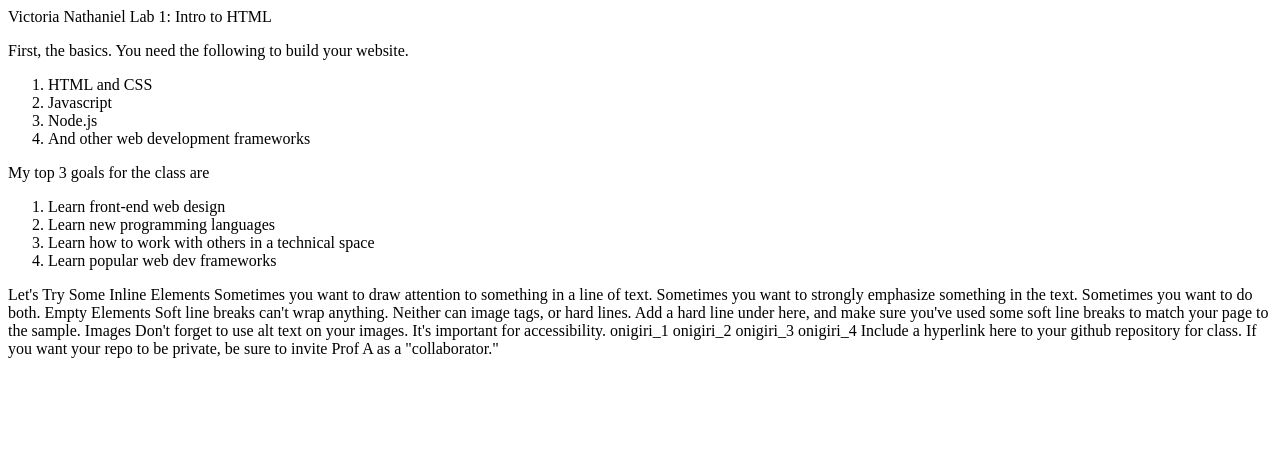
Repository: vnath22/INST377-Lab-Work
Page: client/lab_1/index.html
These files come from the project's save history. The page is drawn as it stood at one moment and after the next save; the edit follows.
The browser window is 1280 px wide. The pictures show the whole page.

Above is the page before, as saved 2022-01-27 14:06:28.

After the next save:
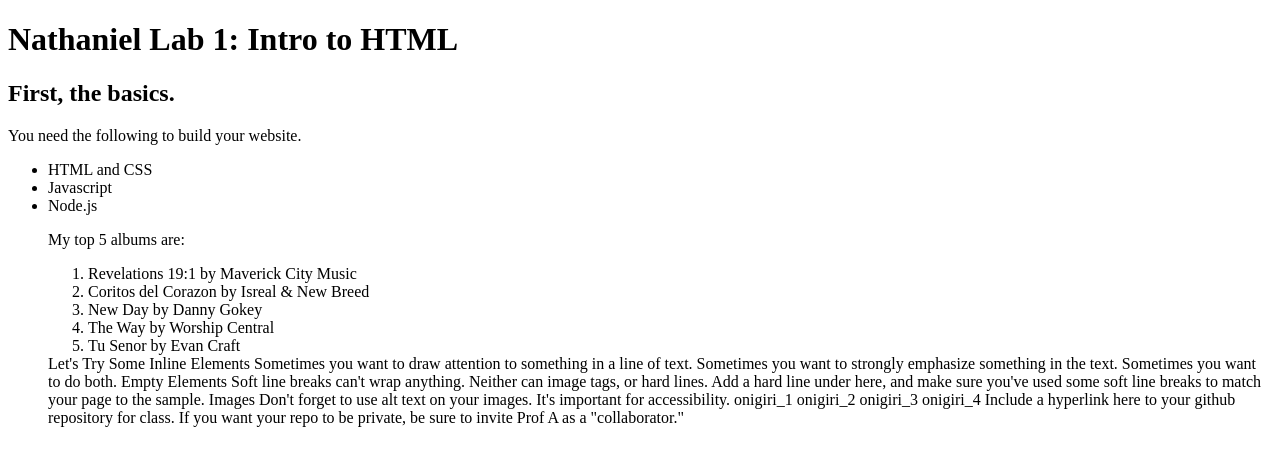
Saved 10 h 34 min later.
--- a/client/lab_1/index.html
+++ b/client/lab_1/index.html
@@ -1,25 +1,39 @@
 <!DOCTYPE html>
-<html>
-    <head>Victoria Nathaniel Lab 1: Intro to HTML</head>
+<html lang="en">
+<head>
+    <meta charset="UTF-8">
+    <meta http-equiv="X-UA-Compatible" content="IE=edge">
+    <meta name="viewport" content="width=device-width, initial-scale=1.0">
+    <title>Victoria's lab 1</title>
+</head>
+<body>
+    <h1>Nathaniel Lab 1: Intro to HTML</h1>
 
-    <p> First, the basics. You need the following to build your website.</p>
+    <h2>First, the basics.</h2>
 
-    <ol>
+    <p>You need the following to build your website.</p>
+
+    <ul>
         <li>HTML and CSS</li>
         <li>Javascript</li>
         <li>Node.js</li>
-        <li>And other web development frameworks</li>
     </ol>
 
-    <p>My top 3 goals for the class are </p>
+    <p>My top 5 albums are: </p>
 
     <ol>
 
-        <li>Learn front-end web design</li>
-        <li>Learn new programming languages</li>
-        <li>Learn how to work with others in a technical space</li>
-        <li>Learn popular web dev frameworks</li>
+        <li> Revelations 19:1 by Maverick City Music</li>
+        <li>Coritos del Corazon by Isreal & New Breed</li>
+        <li>New Day by Danny Gokey</li>
+        <li>The Way by Worship Central</li>
+        <li>Tu Senor by Evan Craft</li>
     </ol>
+</body>
+</html>
+
+
+
 
 
 Let's Try Some Inline Elements
